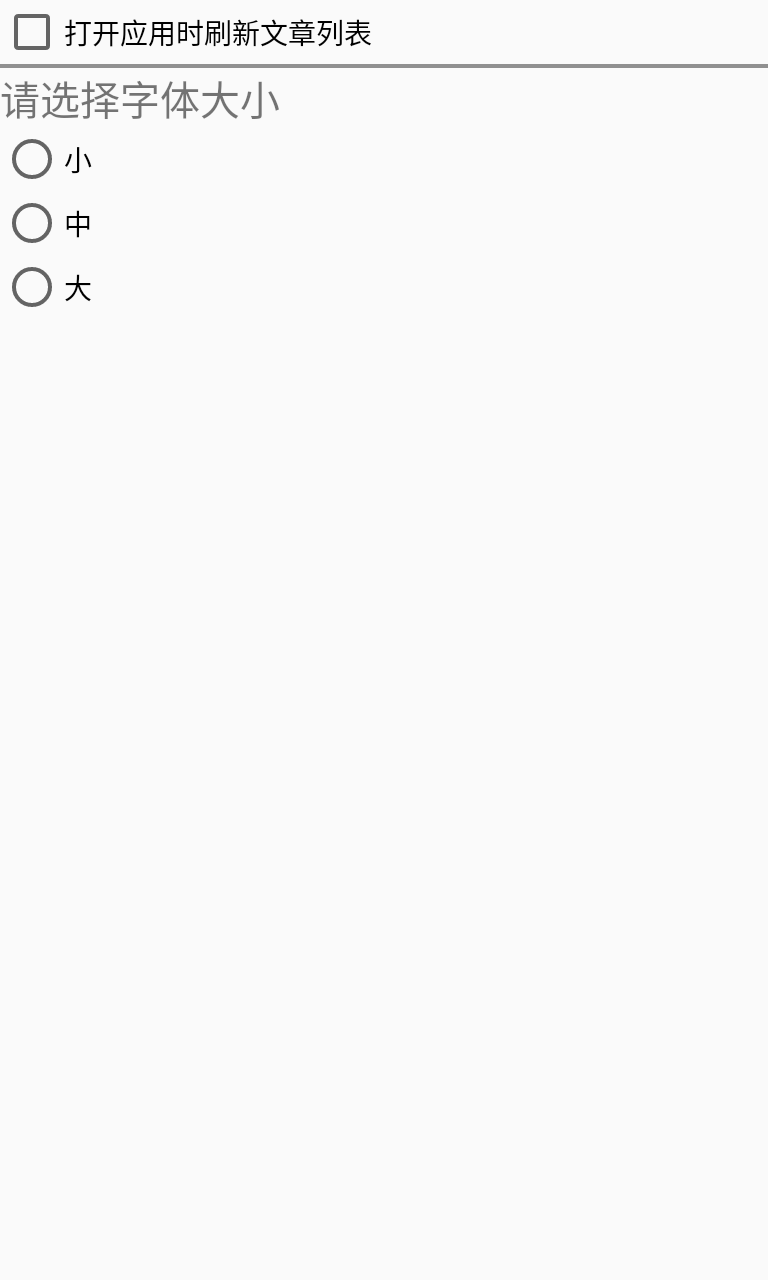
Repository: xdrush/MyRssReader
Layout: MyRssReader/res/layout/setting_show.xml
The author's editor kept a copy of each file at every save. The layout is drawn from the files as they stood at one save, then again after the next save.
It is drawn on a 768 x 1280 px phone screen (xhdpi) without system bars, with theme AppTheme; the app's code is not run.

Above is the layout before, as saved 2015-07-29 04:08:18.

After the next save:
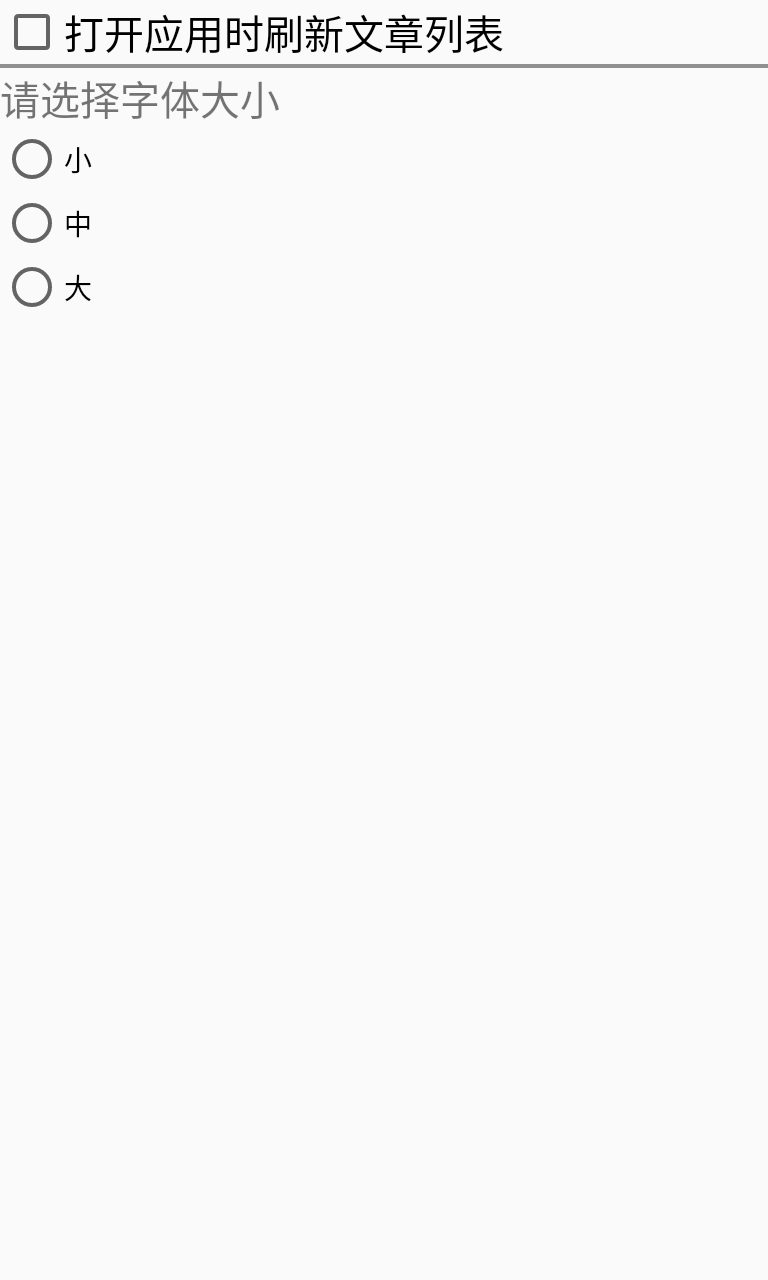
Saved 10 s later.
--- a/MyRssReader/res/layout/setting_show.xml
+++ b/MyRssReader/res/layout/setting_show.xml
@@ -14,7 +14,7 @@
     		android:layout_height="wrap_content"
     		android:layout_width="wrap_content"
     		android:text="打开应用时刷新文章列表"
-    		 />
+    		android:textSize="9pt" />
     </RelativeLayout>
 
     <View
